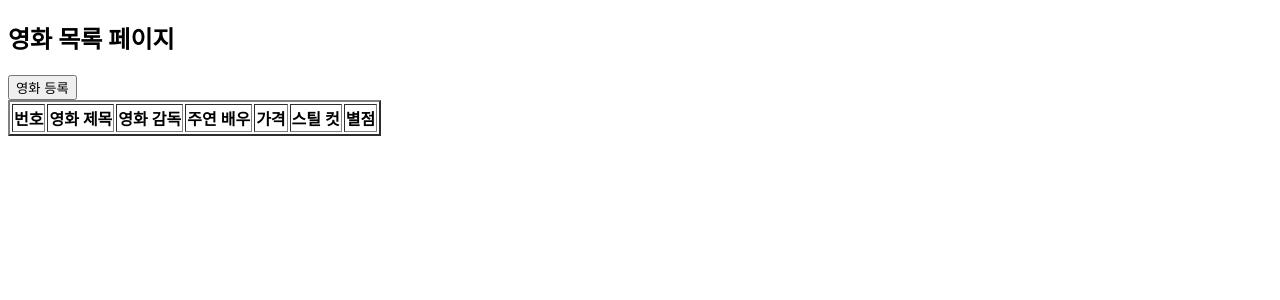
Repository: shinymusket/ideal-memory2
Page: http://localhost/homework10/MLS
These files come from the project's save history. The page is drawn as it stood at one moment and after the next save; the edit follows.
The browser window is 1280 px wide. The pictures show the whole page.
The page is served by Tomcat 9. Queries for data that is not in the repository find no rows.

Above is the page before, as saved 2022-06-16 06:55:56.

After the next save:
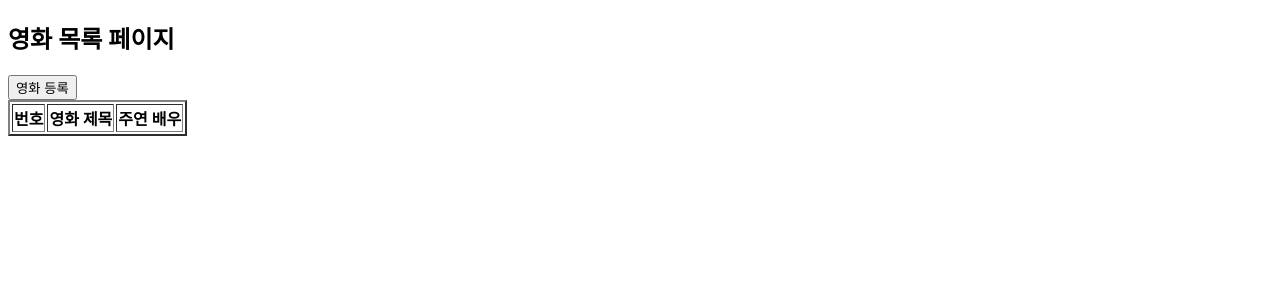
Saved 2 min 47 s later.
--- a/homework10/WebContent/movieList.jsp
+++ b/homework10/WebContent/movieList.jsp
@@ -15,22 +15,14 @@
 		<tr>
 			<th>번호</th>
 			<th>영화 제목</th>
-			<th>영화 감독</th>
 			<th>주연 배우</th>
-			<th>가격</th>
-			<th>스틸 컷</th>
-			<th>별점</th>
 		</tr>
 
 		<c:forEach items="${movieList}" var="movie" varStatus="status">
 			<tr>
 				<td>${status.count}</td>
 				<td><a href="MIS?movieCode=${movieCode}">${movie.movieName}</a></td>
-				<td>${movie.movieDirector}</td>
 				<td>${movie.leadingActor}</td>
-				<td>${movie.moviePrice}</td>
-				<td>${movie.stillCutPath}</td>
-				<td>${movie.grade}</td>
 			</tr>
 		</c:forEach>
 
